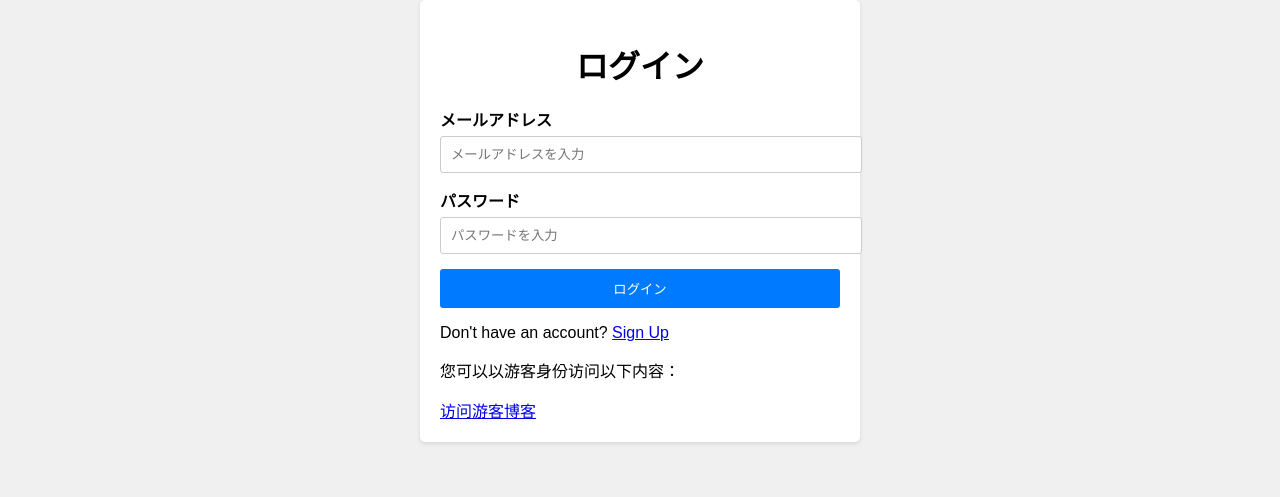
Repository: Jutta197/blog_0815
Page: src/main/resources/static/admin_login.html
An editor plug-in stored every save of this project. The page is shown before and after the next save, followed by the edit.
The browser window is 1280 px wide. The pictures show the whole page.

Above is the page before, as saved 2023-08-15 12:37:03.

### src/main/resources/static/admin_login.html
<!DOCTYPE html>
<html lang="ja">

<head>
    <meta charset="UTF-8">
    <meta name="viewport" content="width=device-width, initial-scale=1.0">
    <title>ログイン</title>
    <link rel="stylesheet" href="login.css">
</head>

<body>
    <div class="container">
        <form action="" method="post">
            <h1>ログイン</h1>
            <label for="email">メールアドレス</label>
            <input type="text" id="email" name="email" placeholder="メールアドレスを入力" required>
            <label for="password">パスワード</label>
            <input type="password" id="password" name="password" placeholder="パスワードを入力">
            <input type="submit" value="ログイン" id="submit-button">
        </form>
        <div>
            <p class="mb-0">Don't have an account? <a href="#!" class="text-white-50 fw-bold">Sign Up</a>
            </p>
        </div>
        <div>
            <p>您可以以游客身份访问以下内容：</p>
            <a href="/guest-blog">访问游客博客</a>
        </div>
    </div>
</body>

</html>

### src/main/resources/static/login.css
body {
    margin: 0;
    padding: 0;
    background-color: #f0f0f0;
    font-family: Arial, sans-serif;
}

.container {
    max-width: 400px;
    margin: 0 auto;
    padding: 20px;
    background-color: #fff;
    border-radius: 5px;
    box-shadow: 0 2px 4px rgba(0, 0, 0, 0.1);
}

.container h1 {
    margin-bottom: 20px;
    text-align: center;
}

label {
    display: block;
    margin-bottom: 5px;
    font-weight: bold;
}

input[type="text"],
input[type="password"] {
    width: 100%;
    padding: 10px;
    margin-bottom: 15px;
    border: 1px solid #ccc;
    border-radius: 3px;
}

#submit-button {
    display: block;
    width: 100%;
    padding: 10px;
    background-color: #007bff;
    color: #fff;
    border: none;
    border-radius: 3px;
    cursor: pointer;
    transition: background-color 0.3s ease;
}

#submit-button:hover {
    background-color: #0056b3;
}

.signup-link,
.guest-access {
    margin-top: 20px;
    text-align: center;
}

.signup-link a,
.guest-access a {
    color: #007bff;
    text-decoration: none;
}

.signup-link a:hover,
.guest-access a:hover {
    text-decoration: underline;
}

After the next save:
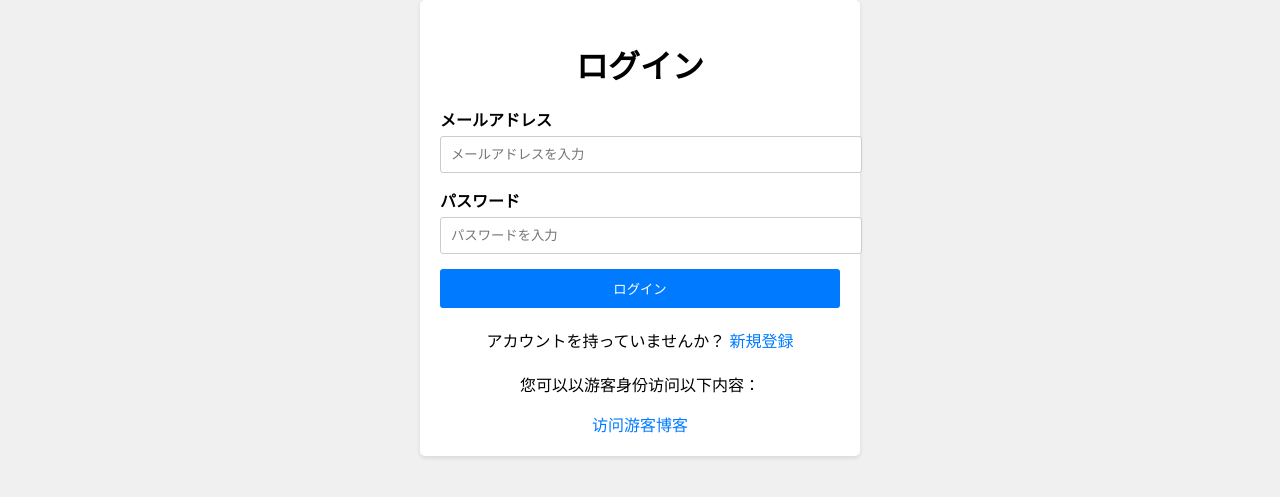
Saved 4 s later.
--- a/src/main/resources/static/admin_login.html
+++ b/src/main/resources/static/admin_login.html
@@ -18,11 +18,10 @@
             <input type="password" id="password" name="password" placeholder="パスワードを入力">
             <input type="submit" value="ログイン" id="submit-button">
         </form>
-        <div>
-            <p class="mb-0">Don't have an account? <a href="#!" class="text-white-50 fw-bold">Sign Up</a>
-            </p>
+        <div class="signup-link">
+            <p class="mb-0">アカウントを持っていませんか？ <a href="#!" class="text-white-50 fw-bold">新規登録</a></p>
         </div>
-        <div>
+        <div class="guest-access">
             <p>您可以以游客身份访问以下内容：</p>
             <a href="/guest-blog">访问游客博客</a>
         </div>
